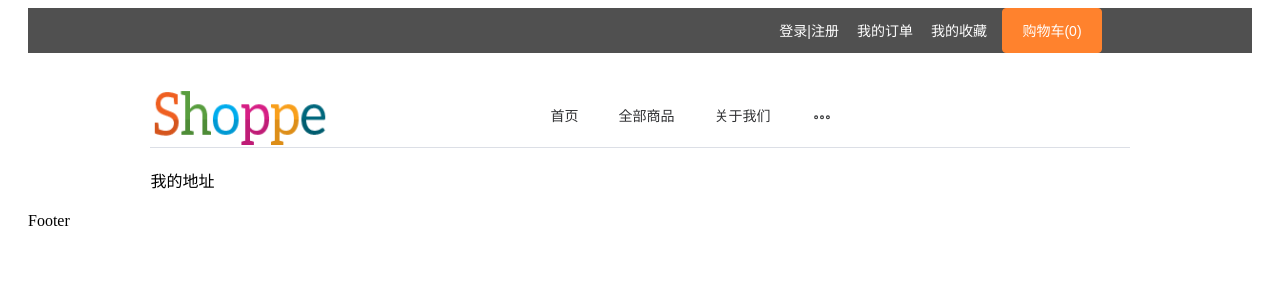
Repository: zhenghaochang/---
Page: /#/confirmOrder (app in xiaomi/)
The author's editor kept a copy of each file at every save. The page is drawn from the files as they stood at one save, then again after a run of saves.
The browser window is 1280 px wide. The pictures show the whole page.
The project was rebuilt for these pictures with package versions that can differ from the ones it lists, and the page was loaded fresh each time. Also part of the build but not shown: xiaomi/vite.config.js.

Above is the page before, as saved 2025-08-03 15:40:03.

After the next 3 saves:
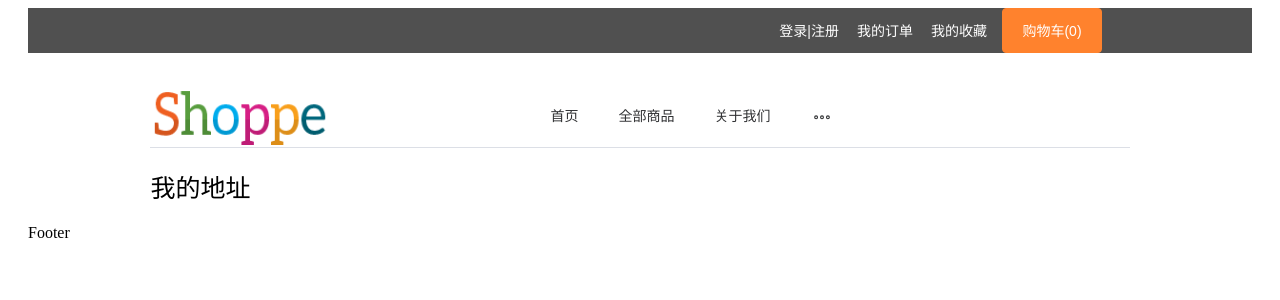
The 3 saves are shown as one change because they came seconds apart.
The last was saved 9 s later.
--- a/xiaomi/src/view/confirmOrder.vue
+++ b/xiaomi/src/view/confirmOrder.vue
@@ -5,7 +5,7 @@
 <template>
     <div class="base_div">
         <div style="width:80%;display:flex;flex-direction:column">
-            <span >我的地址</span>
+            <span style="font-size:25px">我的地址</span>
         </div>
     </div>
 </template>
